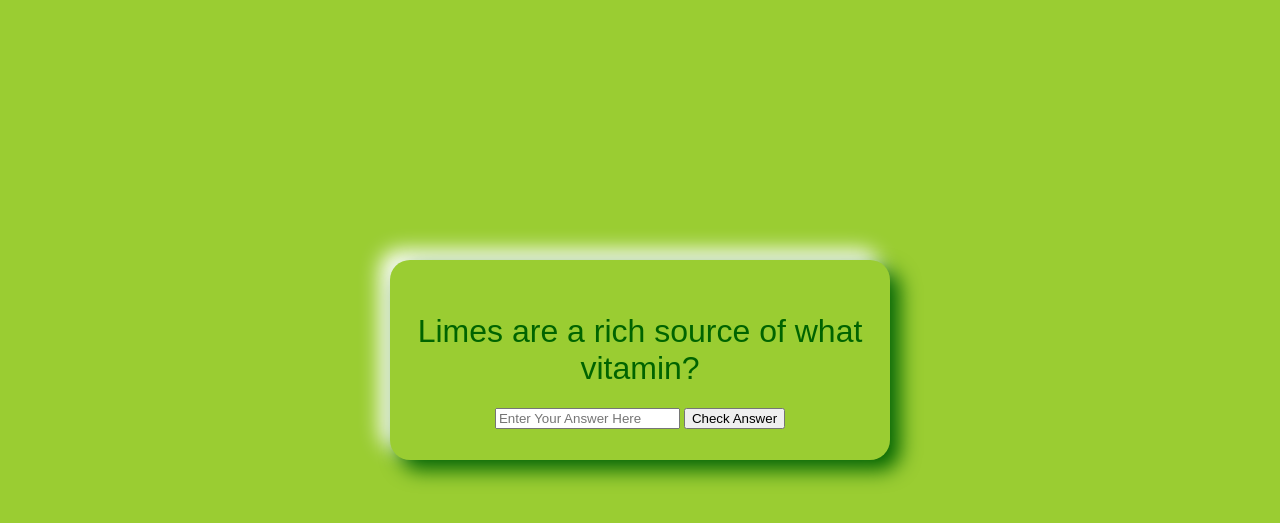
Repository: Joseph061200/Dynamic_Lab2
Page: joseph.html
The author's editor kept a copy of each file at every save. The page is drawn from the files as they stood at one save, then again after the next save.
The browser window is 1280 px wide. The pictures show the whole page.

Above is the page before, as saved 2020-02-20 14:33:47.

After the next save:
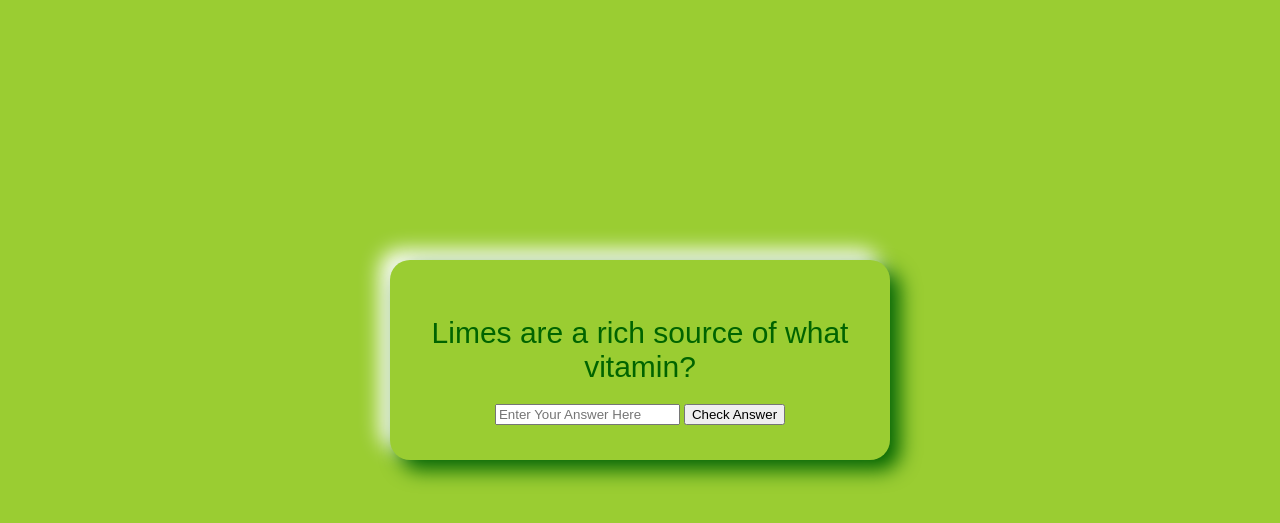
Saved 4 s later.
--- a/joseph.css
+++ b/joseph.css
@@ -23,7 +23,7 @@ body,html {
 }
 h1 {
     font-family: sans-serif;
-    font-size: 32px;
+    font-size: 30px;
     font-weight: 300;
     text-align: center;
     color: darkgreen;
